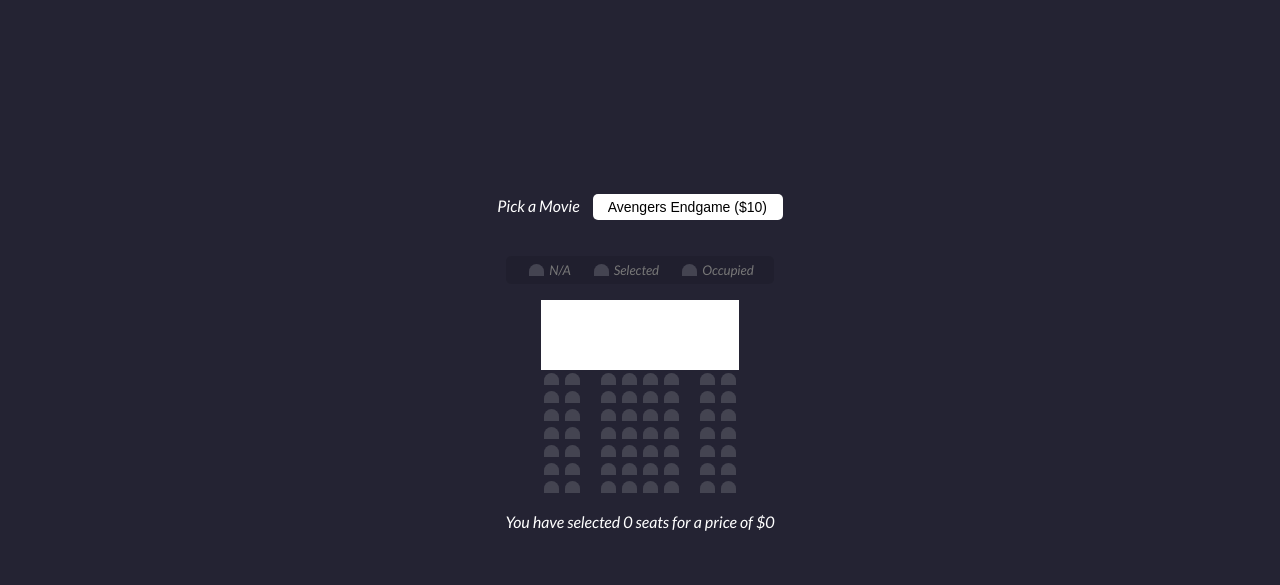
Repository: Izaya171/programming
Page: movieTickets/index.html
An editor plug-in stored every save of this project. The page is shown before and after the next save, followed by the edit.
The browser window is 1280 px wide. The pictures show the whole page.

Above is the page before, as saved 2021-09-18 15:26:22.

### movieTickets/index.html
<!DOCTYPE html>
<html lang="en">

<head>
    <meta charset="UTF-8">
    <meta http-equiv="X-UA-Compatible" content="IE=edge">
    <meta name="viewport" content="width=device-width, initial-scale=1.0">
    <link rel="stylesheet" href="styles.css">
    <title>Movie Seat Booking</title>
</head>

<body>
    <div class="movie-container">
        <label>Pick a Movie</label>
        <select id="movie">
            <option value="10">Avengers Endgame ($10)</option>
            <option value="12">Joker ($12)</option>
            <option value="8">Toy Story 4 ($8)</option>
            <option value="9">Lion King ($9)</option>
        </select>
    </div>

    <ul class="showcase">
        <li>
            <div class="seat"></div>
            <small>N/A</small>
        </li>
        <li>
            <div class="seat selected"></div>
            <small>Selected</small>
        </li>
        <li>
            <div class="seat occupied"></div>
            <small>Occupied</small>
        </li>
    </ul>

    <div class="container">
        <div class="screen"></div>

        <div class="row">
            <div class="seat"></div>
            <div class="seat"></div>
            <div class="seat occupied"></div>
            <div class="seat"></div>
            <div class="seat occupied"></div>
            <div class="seat"></div>
            <div class="seat"></div>
            <div class="seat occupied"></div>
        </div>
        <div class="row">
            <div class="seat"></div>
            <div class="seat occupied"></div>
            <div class="seat"></div>
            <div class="seat occupied"></div>
            <div class="seat"></div>
            <div class="seat"></div>
            <div class="seat"></div>
            <div class="seat"></div>
        </div>
        <div class="row">
            <div class="seat"></div>
            <div class="seat"></div>
            <div class="seat"></div>
            <div class="seat"></div>
            <div class="seat"></div>
            <div class="seat"></div>
            <div class="seat"></div>
            <div class="seat"></div>
        </div>
        <div class="row">
            <div class="seat"></div>
            <div class="seat"></div>
            <div class="seat occupied"></div>
            <div class="seat"></div>
            <div class="seat"></div>
            <div class="seat"></div>
            <div class="seat occupied"></div>
            <div class="seat"></div>
        </div>
        <div class="row">
            <div class="seat occupied"></div>
            <div class="seat"></div>
            <div class="seat"></div>
            <div class="seat"></div>
            <div class="seat"></div>
            <div class="seat"></div>
            <div class="seat"></div>
            <div class="seat"></div>
        </div>
        <div class="row">
            <div class="seat"></div>
            <div class="seat"></div>
            <div class="seat"></div>
            <div class="seat"></div>
            <div class="seat"></div>
            <div class="seat"></div>
            <div class="seat"></div>
            <div class="seat"></div>
        </div>
        <div class="row">
            <div class="seat"></div>
            <div class="seat"></div>
            <div class="seat"></div>
            <div class="seat"></div>
            <div class="seat"></div>
            <div class="seat"></div>
            <div class="seat"></div>
            <div class="seat"></div>
        </div>
    </div>

    <p class="text">You have selected <span id="count">0</span> seats for a price of $<span id="total">0</span></span>
    </p>

    <script src="script.js"></script>
</body>

</html>

### movieTickets/styles.css
@import url('https://fonts.googleapis.com/css2?family=Lato:ital@1&display=swap');
* {
    box-sizing: border-box;
}

body {
    background-color: #242333;
    display: flex;
    flex-direction: column;
    color: #fff;
    align-items: center;
    justify-content: center;
    height: 100vh;
    font-family: 'lato', sans-serif;
    margin: 0;
}

.movie-container {
    margin: 20px 0;
}

.movie-container select {
    background-color: white;
    border: 0;
    border-radius: 5px;
    font-size: 14px;
    margin-left: 10px;
    padding: 5px 15px 5px 15px;
    -moz-appearance: none;
    -webkit-appearance: none;
    appearance: none;
}

.seat {
    background-color: #444451;
    height: 12px;
    width: 15px;
    margin: 3px;
    border-top-left-radius: 10px;
    border-top-right-radius: 10px;
}

seat.selected {
    background-color: #6feaf6;
}

seat.occupied {
    background-color: white;
}

.seat:nth-of-type(2) {
    margin-right: 18px;
}

.seat:nth-last-of-type(2) {
    margin-left: 18px;
}

.seat:not(.occupied):hover {
    cursor: pointer;
    transform: scale(1.2);
}

.showcase .seat:not(.occupied):hover {
    cursor: default;
    transform: scale(1);
}

.showcase {
    background-color: rgba(0, 0, 0, 0.1);
    padding: 5px 10px;
    border-radius: 5px;
    color: #777;
    list-style-type: none;
    display: flex;
    justify-content: space-between;
}

.showcase li {
    display: flex;
    align-items: center;
    justify-content: center;
    margin: 0 10px;
}

.showcase li small {
    margin-left: 2px;
}

.row {
    display: flex;
}

.screen {
    background-color: white;
    height: 70px;
    width: 100%;
}

Loaded but not shown: movieTickets/script.js (no stored copy; drawn as an empty file)

After the next save:
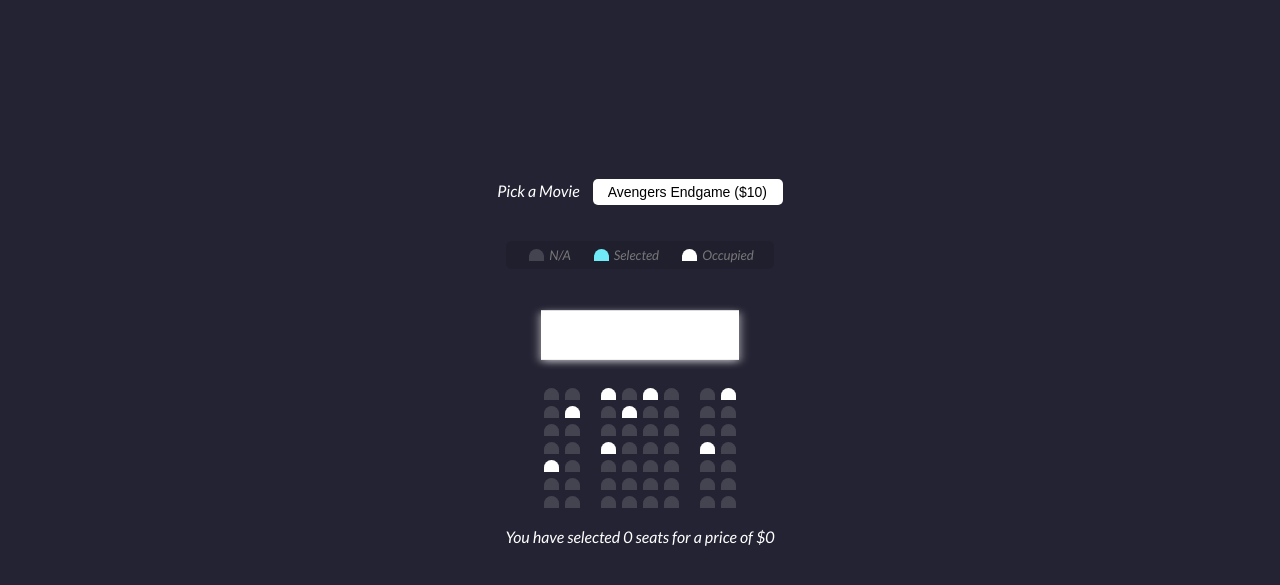
Saved 100 s later.
--- a/movieTickets/styles.css
+++ b/movieTickets/styles.css
@@ -40,11 +40,11 @@
     border-top-right-radius: 10px;
 }
 
-seat.selected {
+.seat.selected {
     background-color: #6feaf6;
 }
 
-seat.occupied {
+.seat.occupied {
     background-color: white;
 }
 
@@ -95,4 +95,7 @@
     background-color: white;
     height: 70px;
     width: 100%;
+    margin: 15px 0;
+    transform: rotateX(-45deg);
+    box-shadow: 0 3px 10px rgba(255, 255, 255, 0.7);
 }
